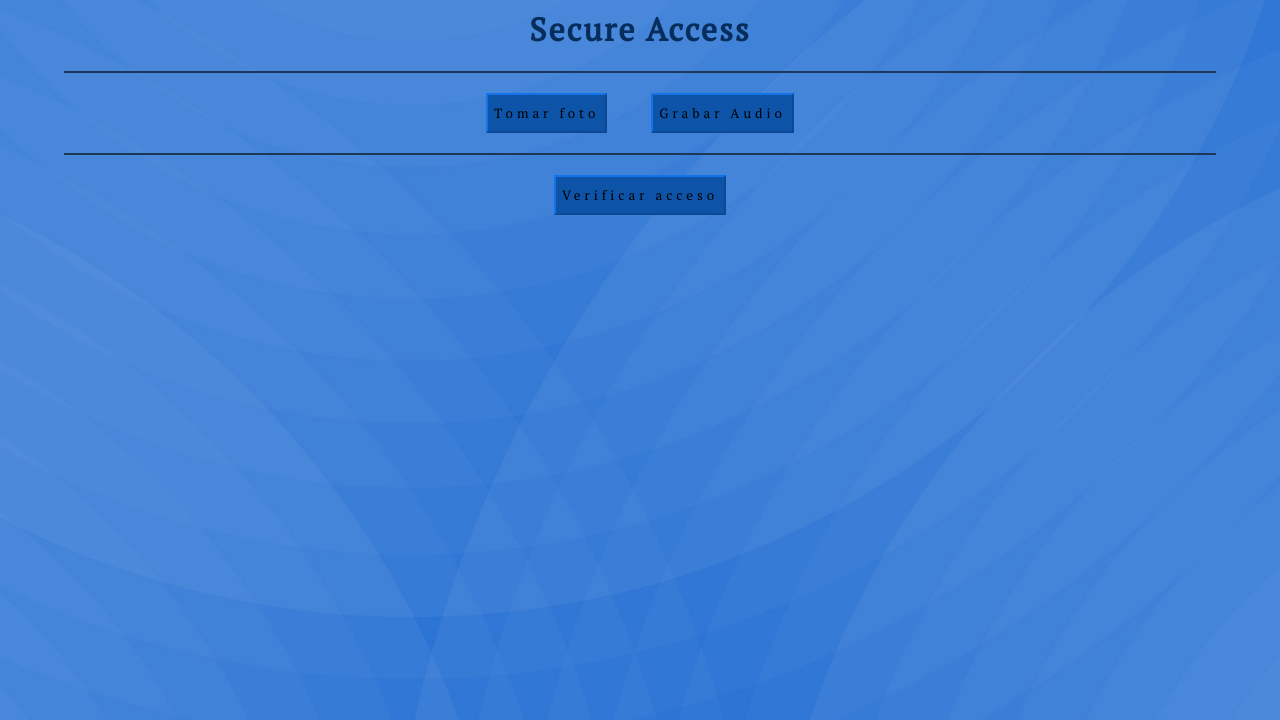
Repository: dabarreiroh/SECURE-ACCESS
Page: accessecure/templates/home/index.html
An editor plug-in stored every save of this project. The page is shown before and after the next save, followed by the edit.
The browser window is 1280 px wide. The pictures show the whole page.

Above is the page before, as saved 2020-03-16 23:45:41.

### accessecure/templates/home/index.html
<html>
    <head>
        <link rel="stylesheet" href="./../../static/admin/css/index/index.css">
        <link href="https://fonts.googleapis.com/css?family=PT+Serif&display=swap" rel="stylesheet">

    </head>
<body>

<h1>Secure Access</h1>

<div class="options">
    <input type="button" value="Tomar foto" onClick="window.location.href='photo'">
    <input type="button" value="Grabar Audio" onClick="window.location.href='audio'">
</div>


<div>
    <input type="button" value="Verificar acceso" onClick="window.location.href='verified'">
</div>

</body>
</html>

### accessecure/static/admin/css/index/index.css
*{
    text-align: center;
    font-family: 'PT Serif', serif;
}

body{
    background-image: url(../../img/background.jpg);
    background-size: cover;
}

h1{
    color: #072D5C;
    /* color: #1D3759; */
    letter-spacing: 2px;
}

.options{
    border: solid #1D3759;
    border-width: 2px 0px;
    width: 90vw;
    margin: 0 auto;
}

input{
    margin: 20px;
    height: 40px;
    letter-spacing: 0.3em;
    background-color: #0D53A8;
    border: 2px solid #1373E8;
    border-style: outset;
    color: 1373E8;
}

After the next save:
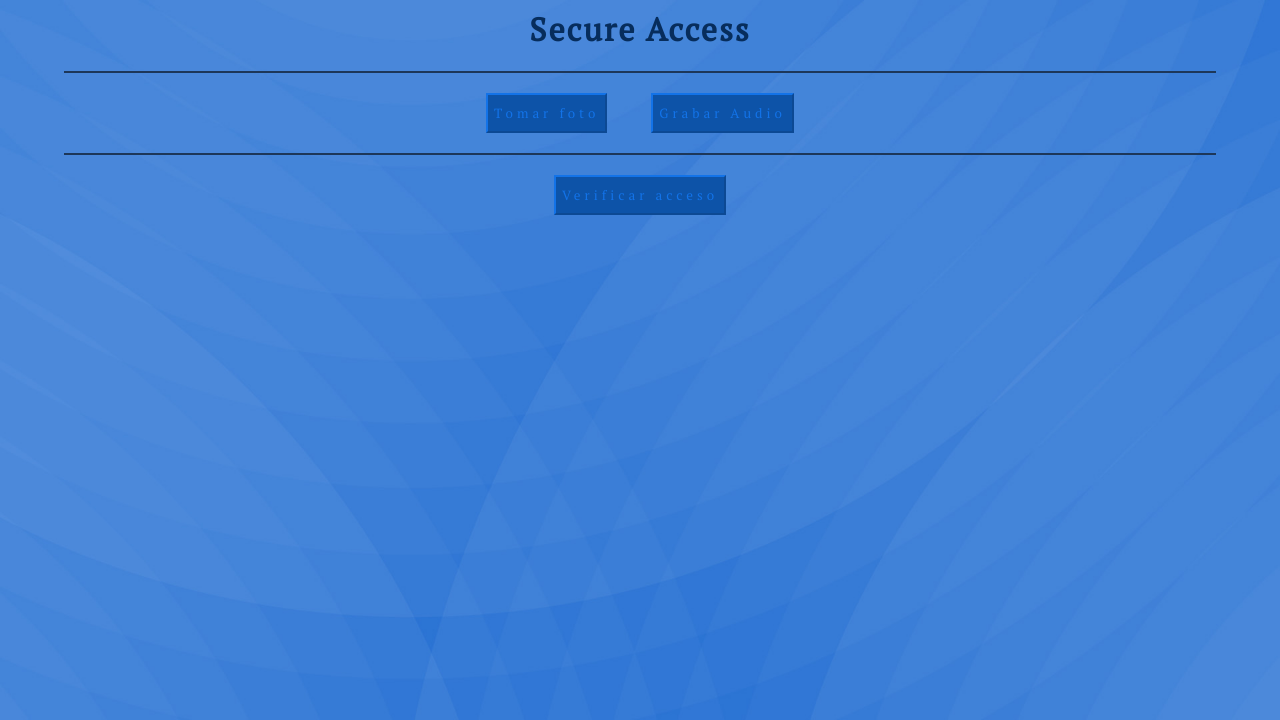
Saved 8 s later.
--- a/accessecure/static/admin/css/index/index.css
+++ b/accessecure/static/admin/css/index/index.css
@@ -28,5 +28,5 @@ input{
     background-color: #0D53A8;
     border: 2px solid #1373E8;
     border-style: outset;
-    color: 1373E8;
+    color: #1373E8;
 }
